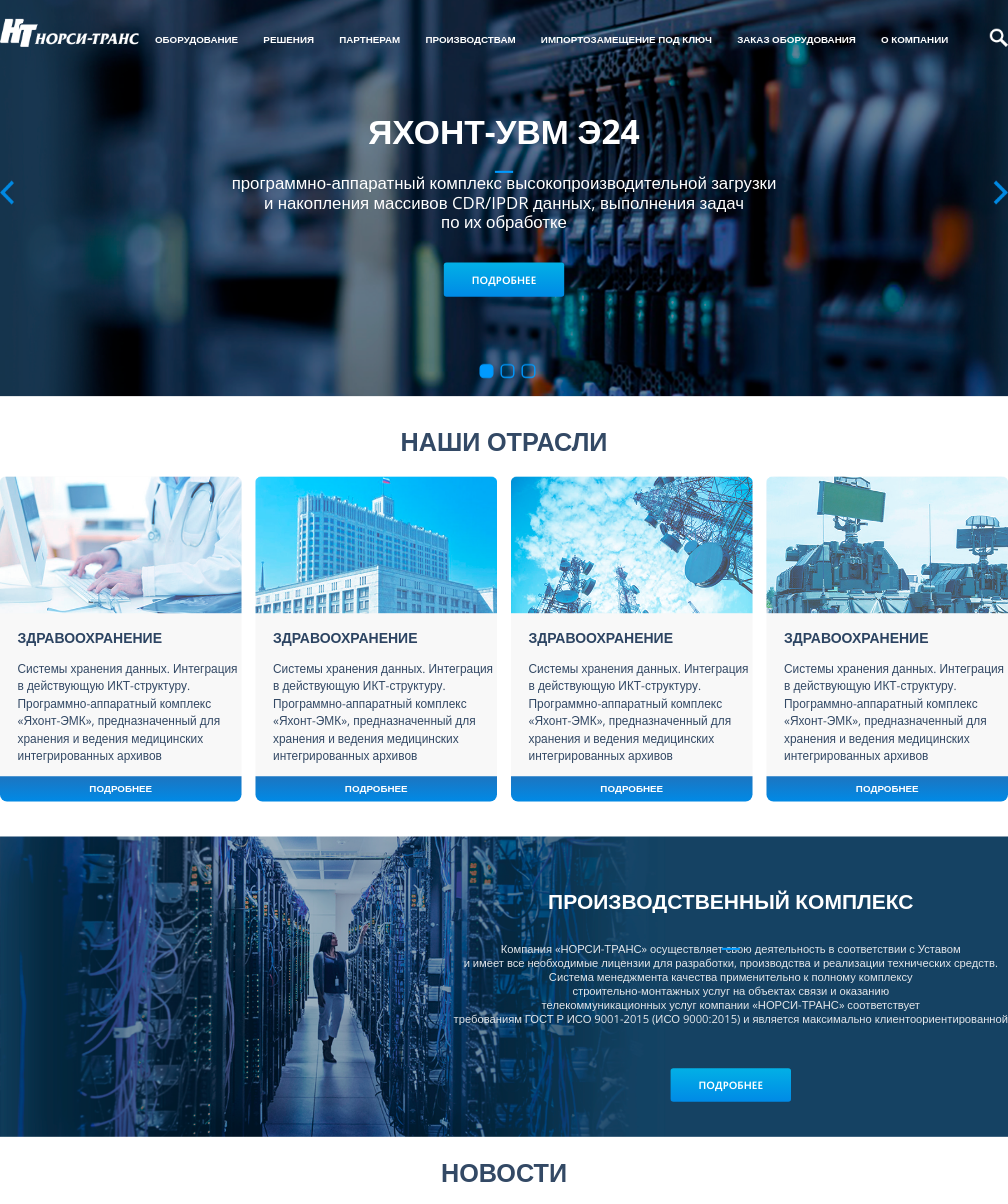
Repository: frostnn/testTaskBurbon
Page: app/index.html
These files come from the project's save history. The page is drawn as it stood at one moment and after the next save; the edit follows.
The browser window is 1440 px wide. The pictures show the part of the page from y = 0 to 1720 px (the page is 3427 px tall), at 70% of full size.
The style sheet was rebuilt from its Sass, Less or Tailwind sources for each picture, by a compiler version that may differ from the author's.

Above is the page before, as saved 2020-07-16 09:00:10.

After the next save:
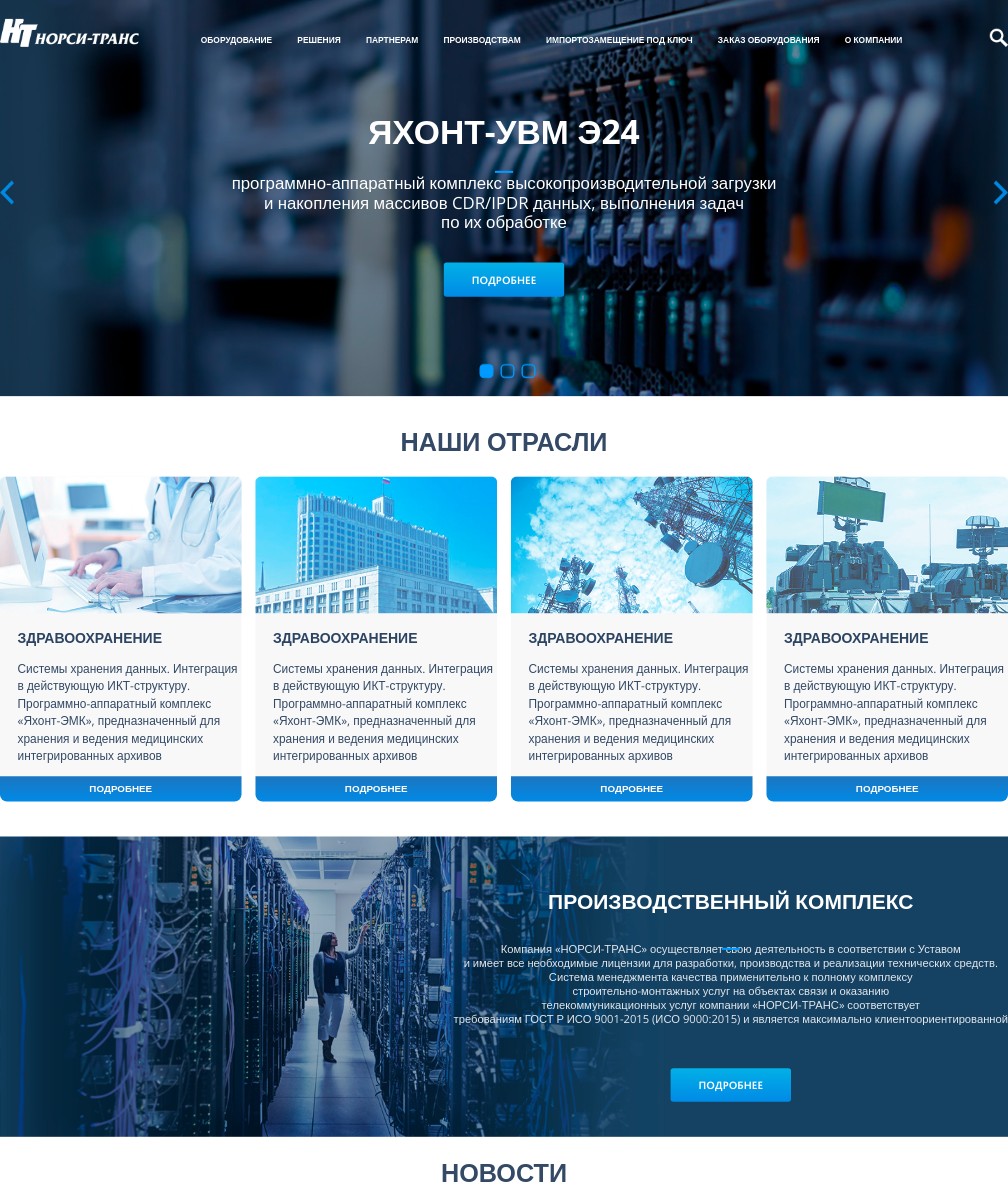
Saved 55 s later.
--- a/app/scss/_media.scss
+++ b/app/scss/_media.scss
@@ -1,6 +1,12 @@
-@media (min-width: 1200px) {
-  .header-nav__list-link {
-    font-size: 12px;
+@media (min-width: 1400px) {
+  .header-nav__list {
+    display: flex;
+    .header-nav__list-item {
+      margin-right: 36px;
+    }
+    .header-nav__list-link {
+      font-size: 12px;
 
+    }
   }
 }
